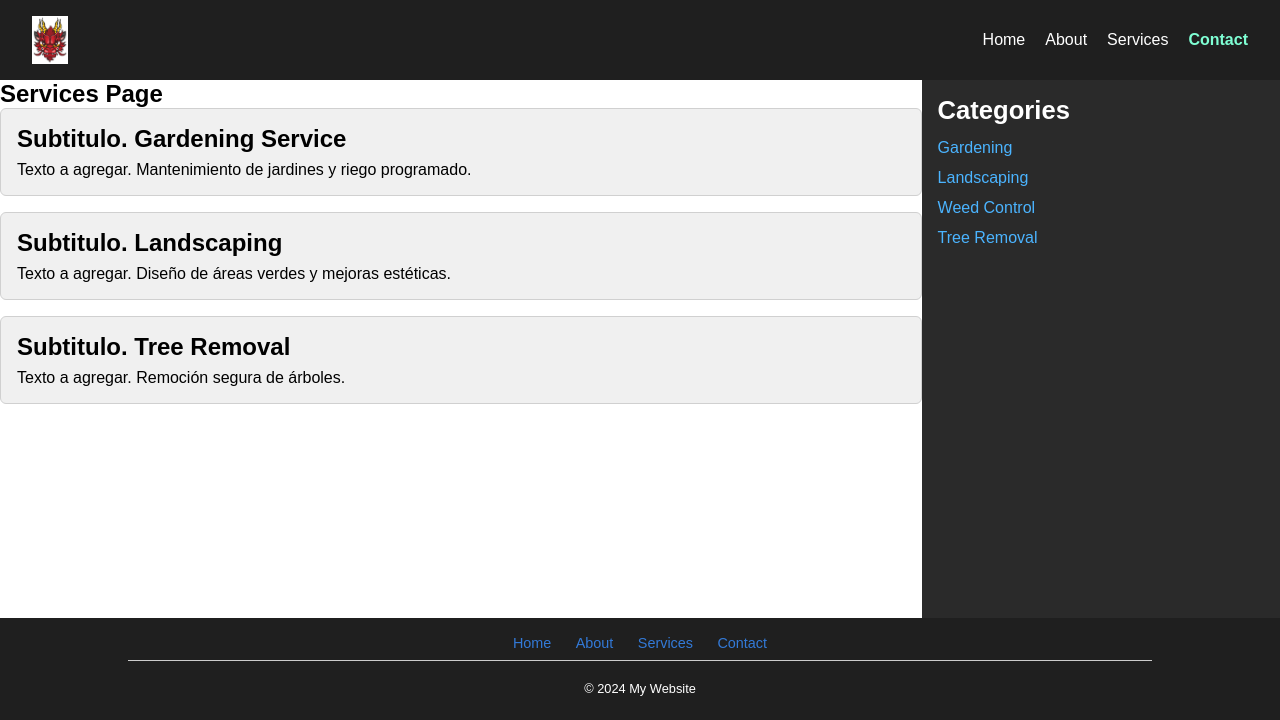
Repository: andreamm-lab/basic-navigation-example-2025-10
Page: pages/contact.html
The author's editor kept a copy of each file at every save. The page is drawn from the files as they stood at one save, then again after the next save.
The browser window is 1280 px wide. The pictures show the whole page.

Above is the page before, as saved 2025-11-06 23:51:19.

After the next save:
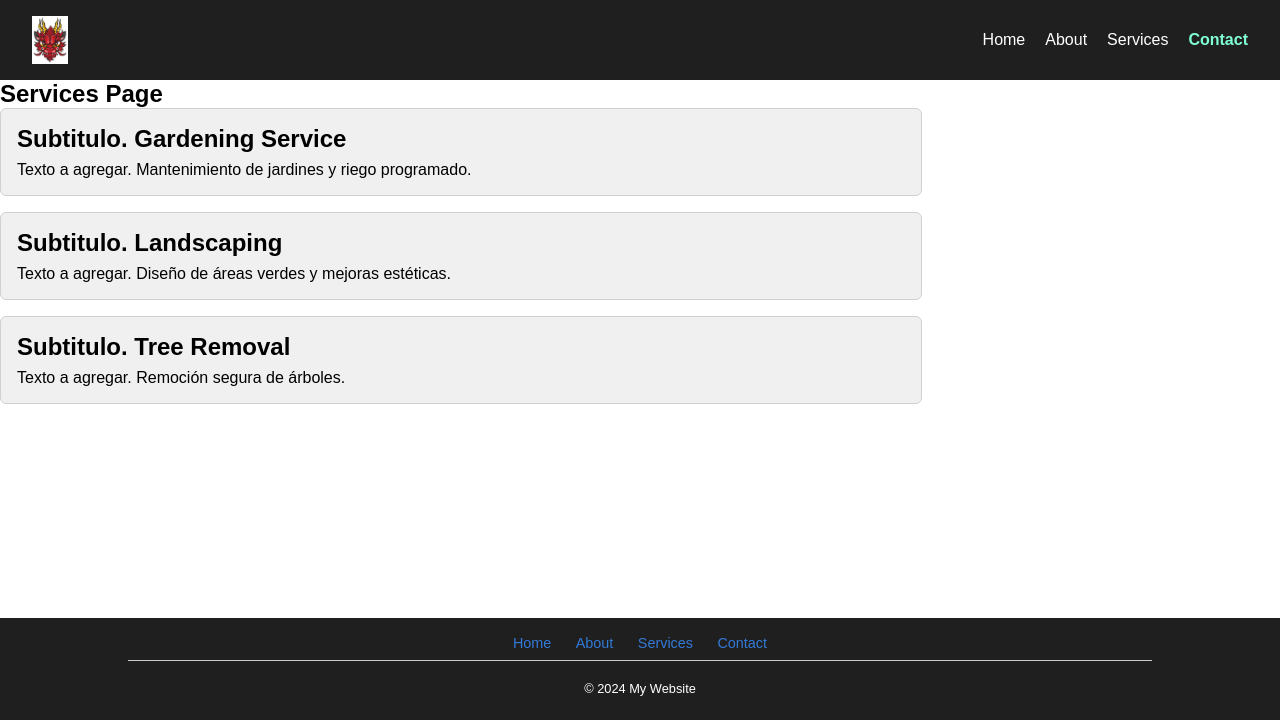
Saved 2 s later.
--- a/pages/contact.html
+++ b/pages/contact.html
@@ -41,17 +41,6 @@
                 <p>Texto a agregar. Remoción segura de árboles.</p>
             </article>
         </section>
-
-        <!-- Secondary navigation ONLY in Services -->
-        <aside class="side-nav" aria-label="Services categories">
-            <h2>Categories</h2>
-            <ul>
-                <li><a href="#">Gardening</a></li>
-                <li><a href="#">Landscaping</a></li>
-                <li><a href="#">Weed Control</a></li>
-                <li><a href="#">Tree Removal</a></li>
-            </ul>
-        </aside>
     </main>
 
     <footer id="main-footer">
